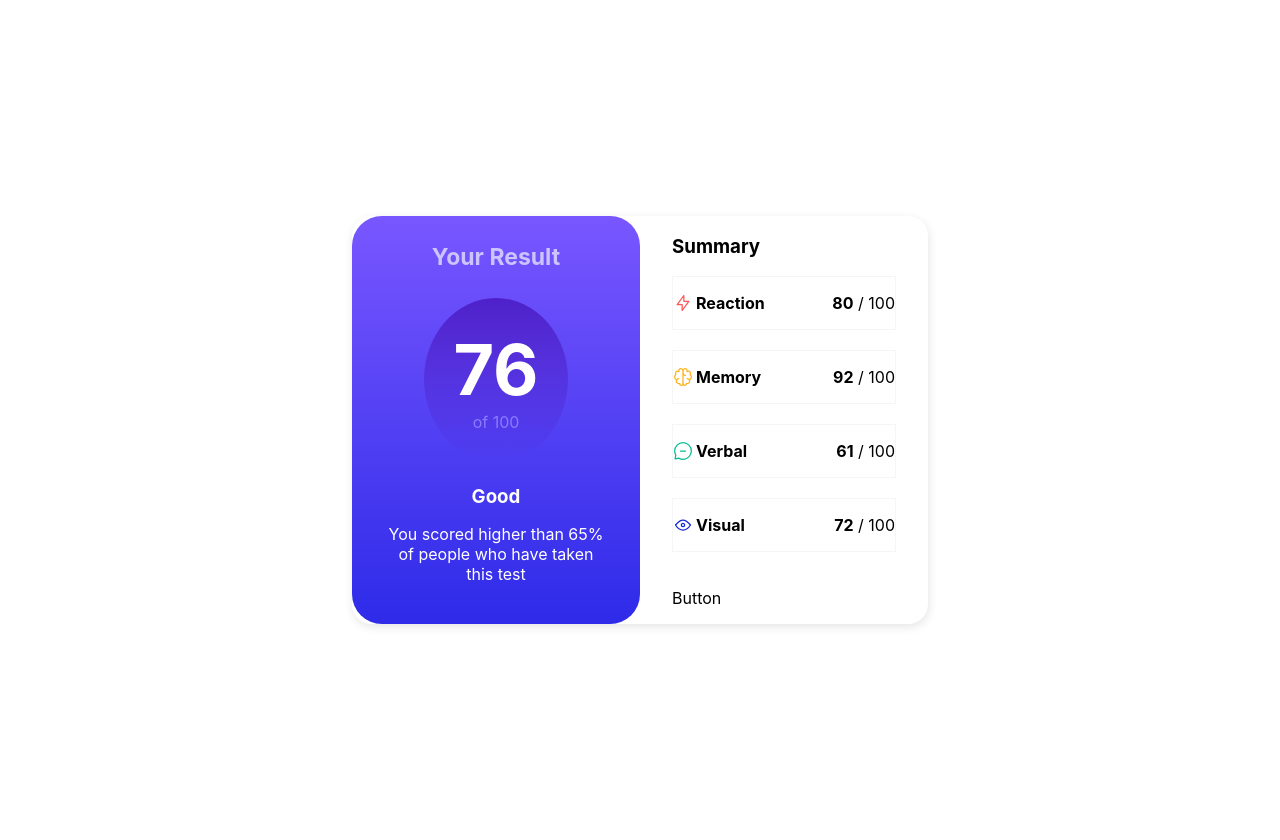
Repository: JeanPaulBassil/Result-Summary-Design
Page: /
These files come from the project's save history. The page is drawn as it stood at one moment and after the next save; the edit follows.
The browser window is 1280 px wide. The pictures show the whole page.
The project was rebuilt for these pictures with package versions that can differ from the ones it lists, and the page was loaded fresh each time.

Above is the page before, as saved 2023-02-24 17:39:18.

After the next save:
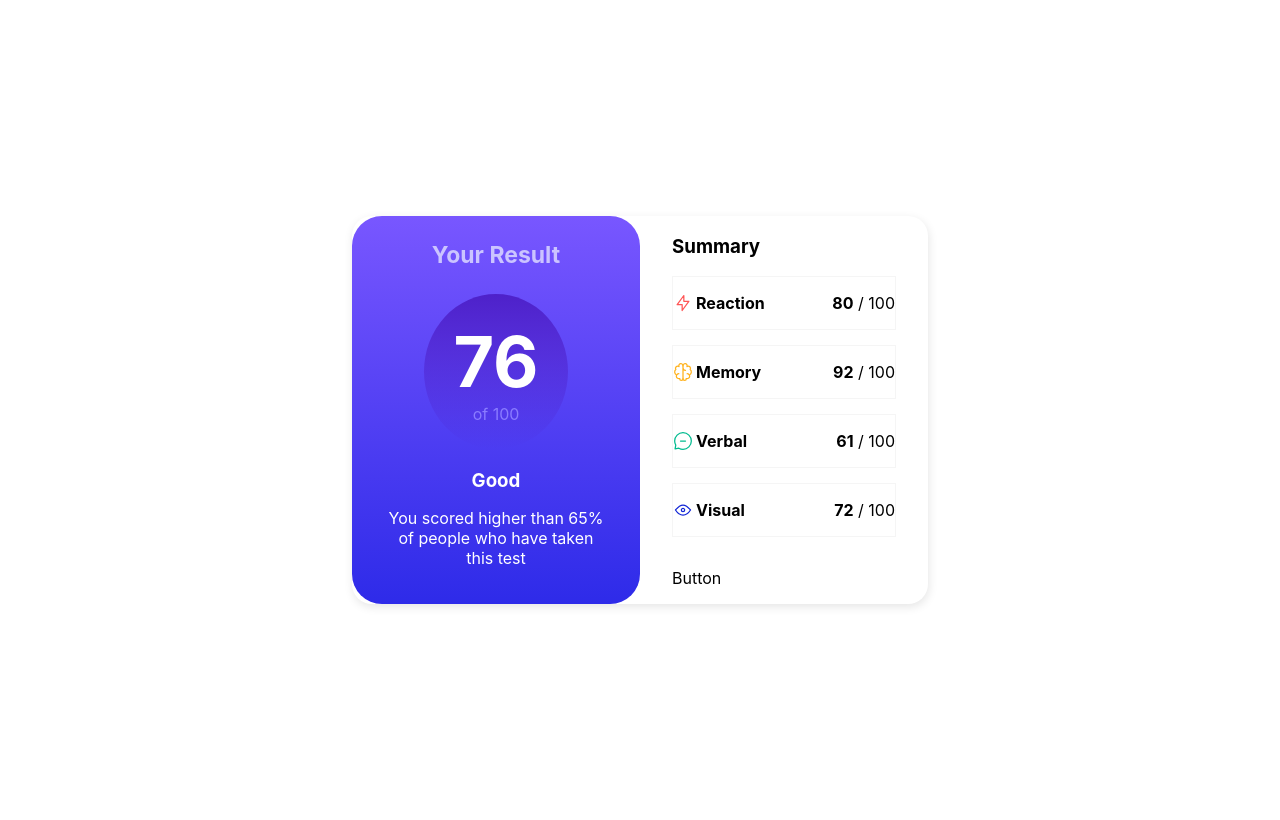
Saved 5 s later.
--- a/src/Components/Summary/Summary.css
+++ b/src/Components/Summary/Summary.css
@@ -2,7 +2,7 @@
     display: flex;
     justify-content: space-between;
     border: 1px solid rgba(0, 0, 0, .04);
-    margin-bottom: 20px
+    margin-bottom: 15px
 }
 
 .icon {
